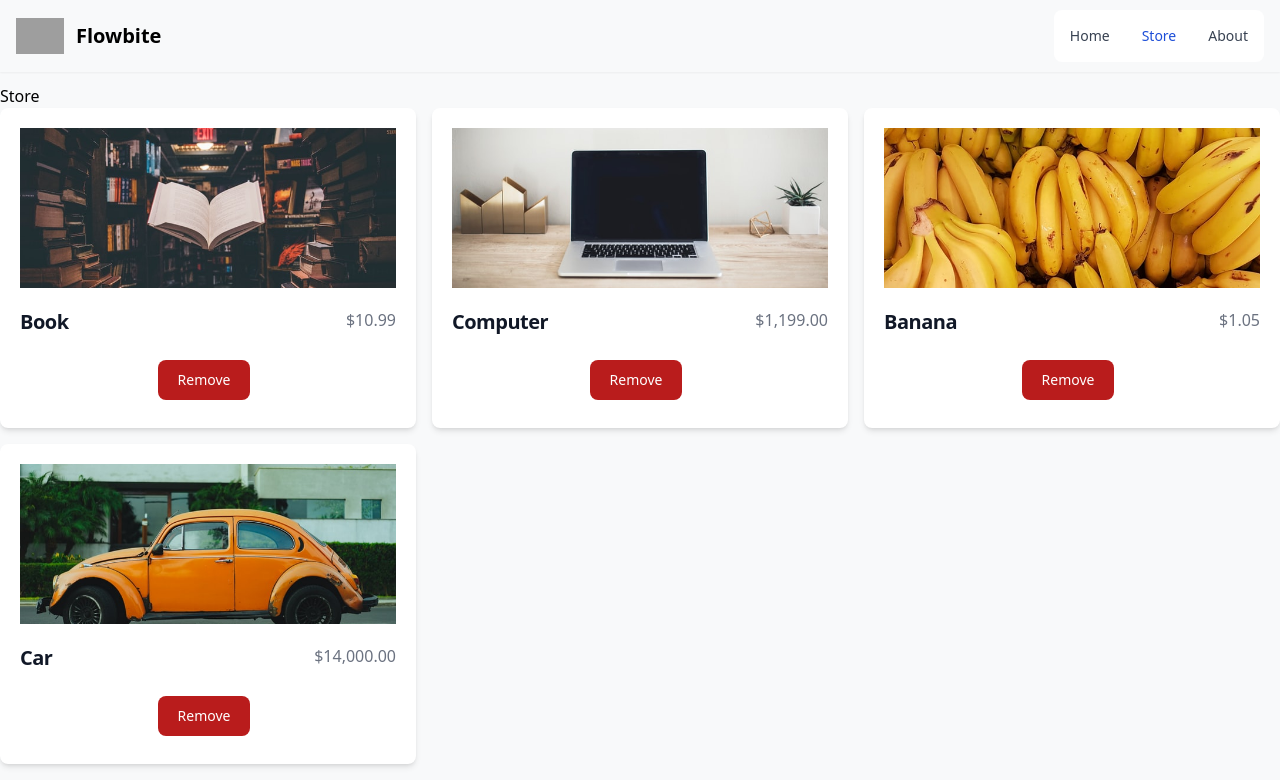
Repository: ducanhaep/react-ts-shopping-cart
Page: /store, after clicking the first element matching `button.text-white`
An editor plug-in stored every save of this project. The page is shown before and after the next save, followed by the edit.
The browser window is 1280 px wide. The pictures show the whole page.
Pictures or frames that could not be fetched are drawn as grey boxes. The project was rebuilt for these pictures with package versions that can differ from the ones it lists, and the page was loaded fresh each time. Also part of the build but not shown: vite.config.ts, src/pages/About.js, src/pages/Home.js.

Above is the page before, as saved 2023-01-11 20:03:24.

After the next save:
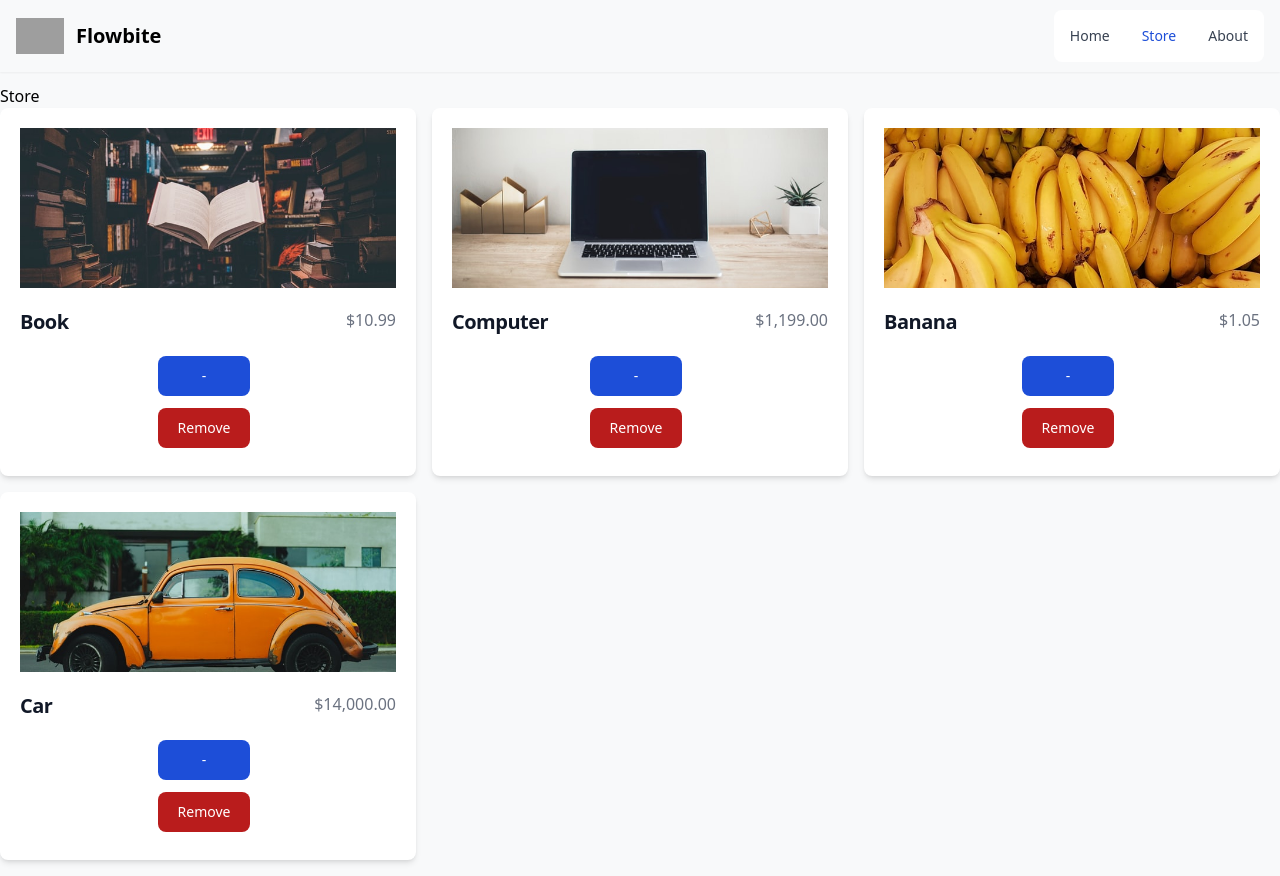
Saved 16 s later.
--- a/src/components/StoreItem.tsx
+++ b/src/components/StoreItem.tsx
@@ -39,7 +39,14 @@ export function StoreItem({ id, name, price, imgUrl }: StoreItemProps) {
             </button>
           ) : (
             <div className="flex flex-col justify-center gap-1">
-              <div className="flex justify-center gap-1"></div>
+              <div className="flex justify-center gap-1">
+                <button
+                  type="button"
+                  className="text-white w-full bg-blue-700 hover:bg-blue-800 font-medium rounded-lg text-sm px-5 py-2.5 mr-2 mb-2 "
+                >
+                  -
+                </button>
+              </div>
               <button
                 type="button"
                 className="focus:outline-none text-white bg-red-700 hover:bg-red-800 font-medium rounded-lg text-sm px-5 py-2.5 mr-2 mb-2"
